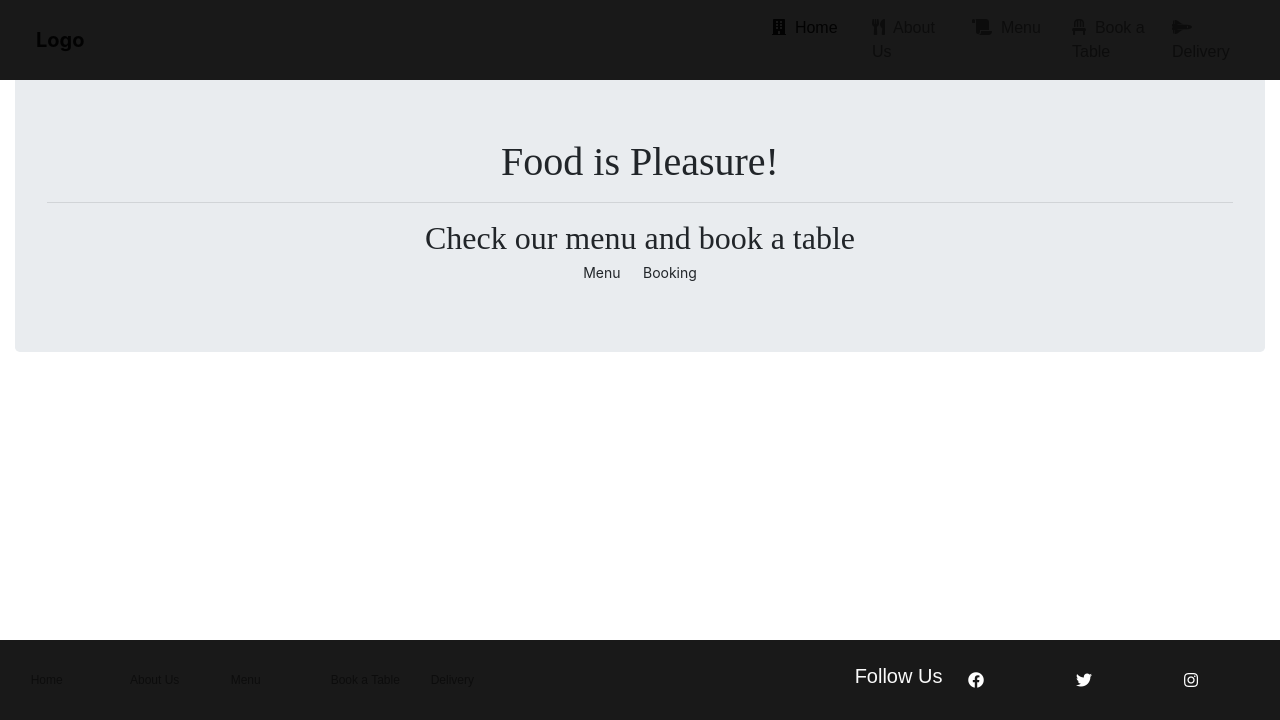
Repository: Code-Institute-Submissions/vinicald-Milestone-Project-1
Page: index2.html
The author's editor kept a record of every edit. The page is drawn from the files as they stood at one moment, then again after the next edit.
The browser window is 1280 px wide. The pictures show the whole page.
Some web libraries are served in a nearby version.

Above is the page before.

After the next edit:
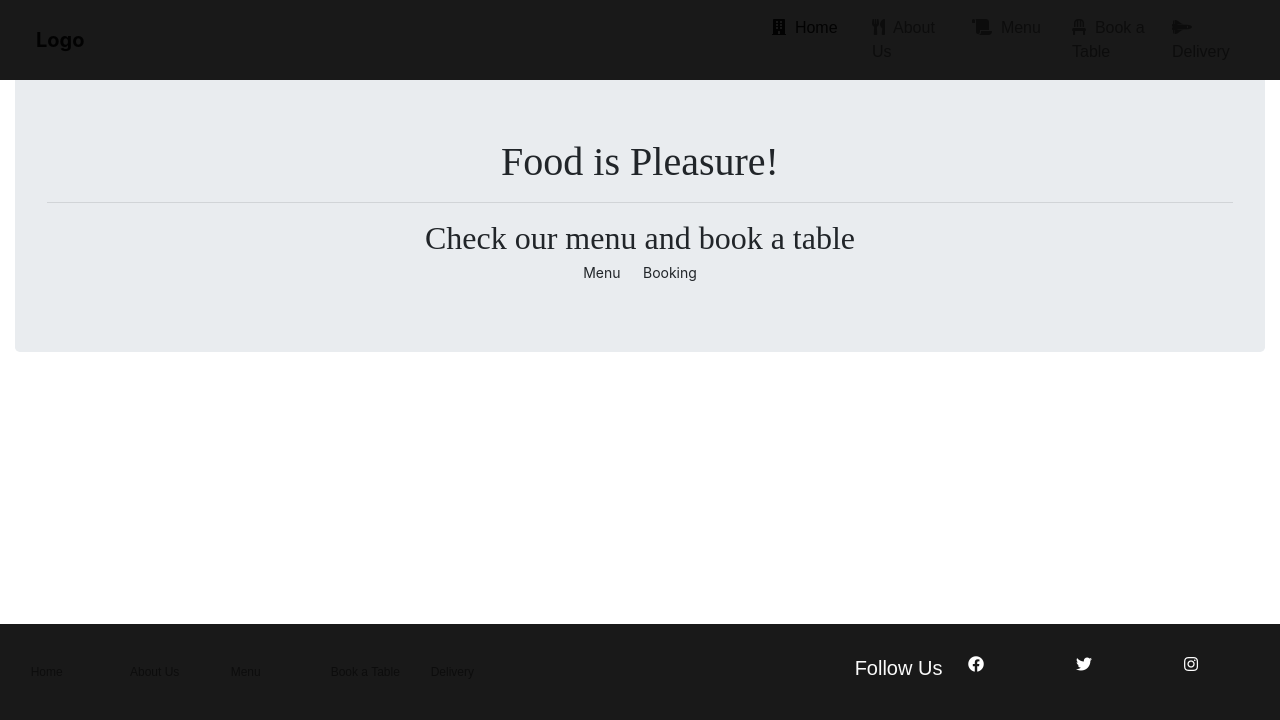
The edit:
--- a/style2.css
+++ b/style2.css
@@ -58,7 +58,7 @@
     top: 0;
 }
 
-ul {
+.ul {
     padding: 0;
     margin: 0;
     list-style: none;
